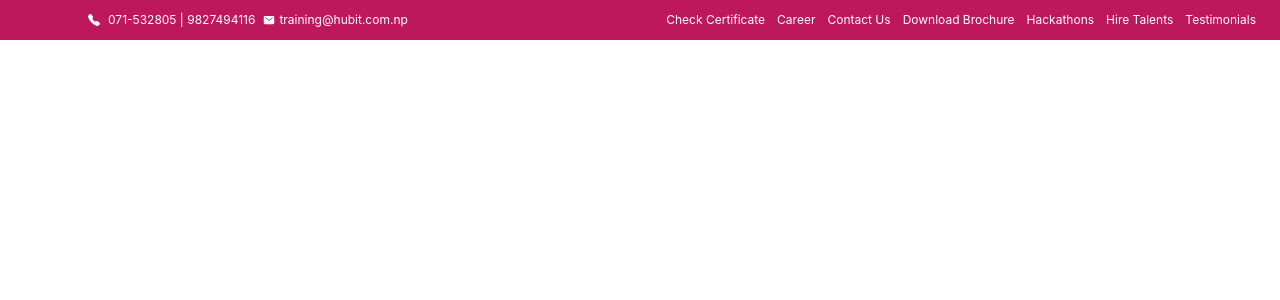
Repository: Sushant203/react-training-
Page: /
An editor plug-in stored every save of this project. The page is shown before and after the next save, followed by the edit.
The browser window is 1280 px wide. The pictures show the whole page.
The project was rebuilt for these pictures with package versions that can differ from the ones it lists, and the page was loaded fresh each time. Also part of the build but not shown: src/App.css.

Above is the page before, as saved 2022-12-15 01:15:54.

After the next save:
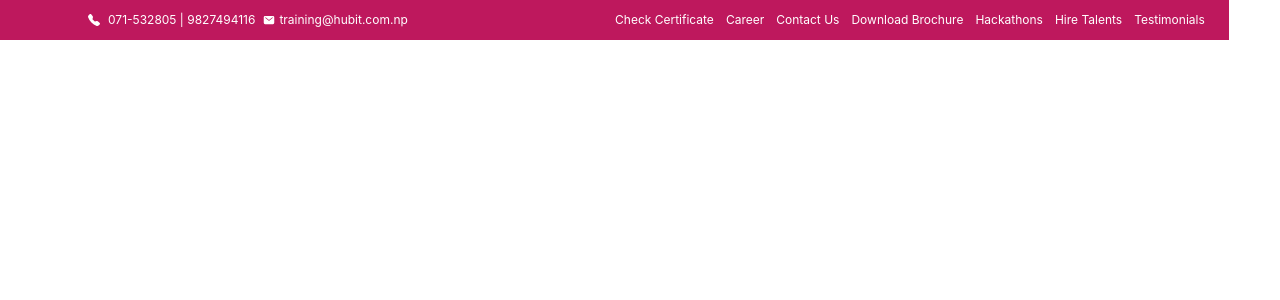
Saved 11 s later.
--- a/src/components/UpperNav.jsx
+++ b/src/components/UpperNav.jsx
@@ -4,7 +4,7 @@ import { IoMail } from "react-icons/io5";
 const UpperNav = () => {
   return (
     <div>
-      <div className="flex w-[100vw] bg-pink-700 align-center px-2 py-2 text-white text-xs justify-between container">
+      <div className="flex w-[96vw] bg-pink-700 align-center px-2 py-2 text-white text-xs justify-between container">
         <div className="flex">
           <div className="flex gap-2 items-center ml-20">
             <BsFillTelephoneFill className="text-white" />

After the save that followed:
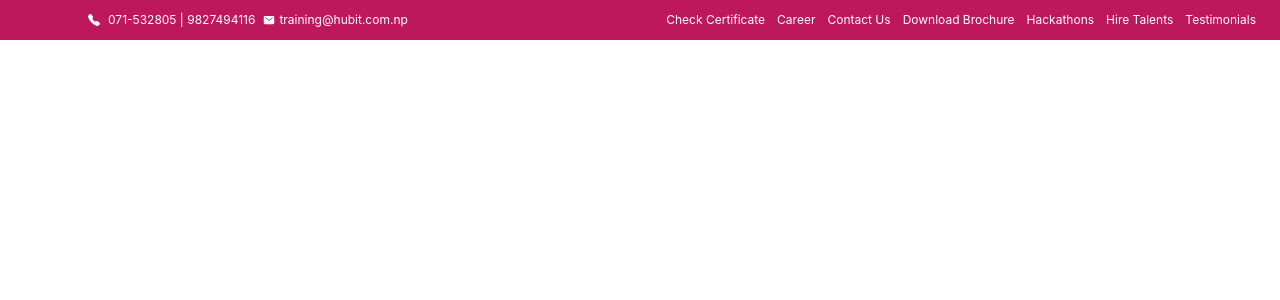
Saved 51 s later.
--- a/src/components/UpperNav.jsx
+++ b/src/components/UpperNav.jsx
@@ -4,7 +4,7 @@ import { IoMail } from "react-icons/io5";
 const UpperNav = () => {
   return (
     <div>
-      <div className="flex w-[96vw] bg-pink-700 align-center px-2 py-2 text-white text-xs justify-between container">
+      <div className="flex w-full bg-pink-700 align-center px-2 py-2 text-white text-xs justify-between container">
         <div className="flex">
           <div className="flex gap-2 items-center ml-20">
             <BsFillTelephoneFill className="text-white" />
